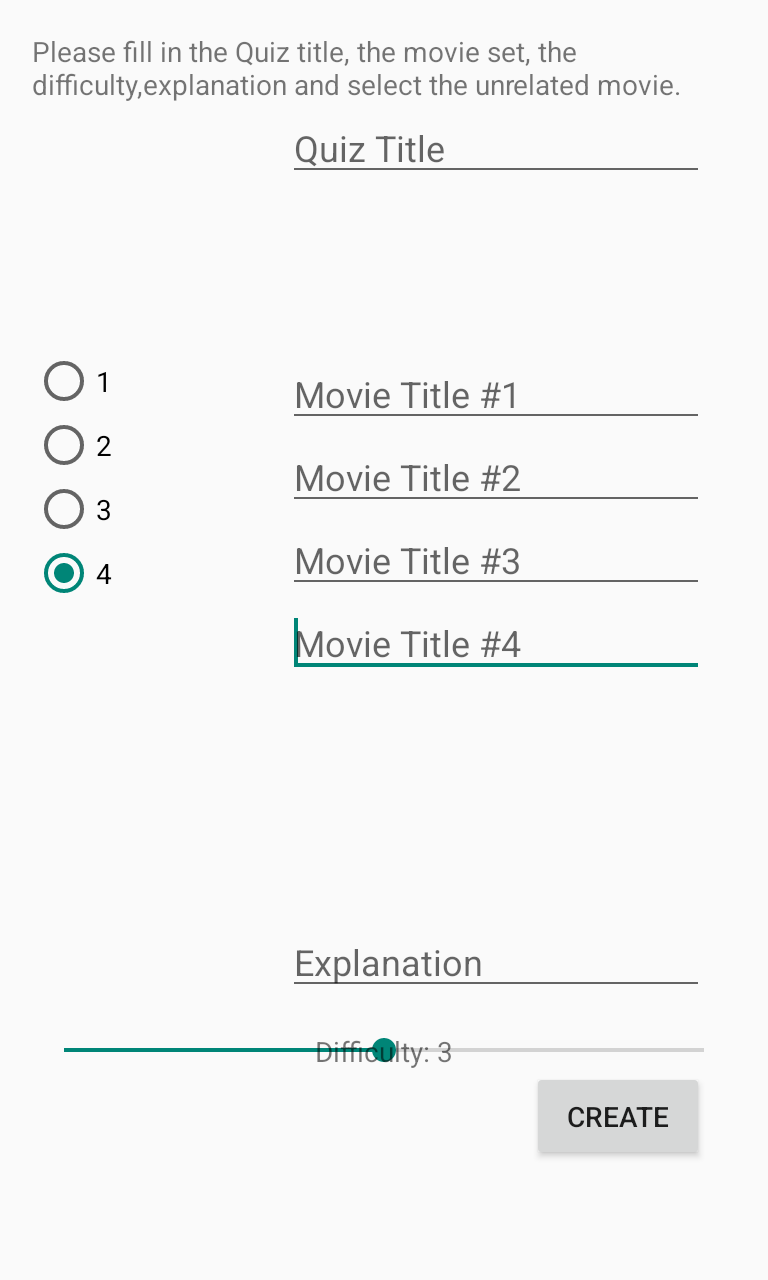
Repository: quantumlicht/android-capstone
Layout: capstone_client/res/layout/activity_create_quiz.xml
These files come from the project's save history. The layout is drawn as it stood at one moment and after the next save; the edit follows.
It is drawn on a 768 x 1280 px phone screen (xhdpi) without system bars, with theme AppTheme; the app's code is not run.

Above is the layout before, as saved 2014-11-14 04:10:22.

### capstone_client/res/layout/activity_create_quiz.xml
<RelativeLayout xmlns:android="http://schemas.android.com/apk/res/android"
    xmlns:tools="http://schemas.android.com/tools"
    android:layout_width="match_parent"
    android:layout_height="match_parent"
    android:layout_centerHorizontal="true"
    android:gravity="start"
    android:paddingBottom="@dimen/activity_vertical_margin"
    android:paddingLeft="@dimen/activity_horizontal_margin"
    android:paddingRight="@dimen/activity_horizontal_margin"
    android:paddingTop="@dimen/activity_vertical_margin"
    tools:context="guay.philippe.capstone.CreateQuizActivity" >

    <TextView
        android:id="@+id/textView1"
        android:layout_width="wrap_content"
        android:layout_height="wrap_content"
        android:text="Please fill in the Quiz title, the movie set, the difficulty,explanation and select the unrelated movie." />

    <Button
        android:id="@+id/submit_create"
        android:layout_width="wrap_content"
        android:layout_height="wrap_content"
        android:layout_alignParentBottom="true"
        android:layout_alignRight="@+id/explanation"
        android:layout_marginBottom="42dp"
        android:text="Create" />

    <EditText
        android:id="@+id/movie4"
        android:layout_width="wrap_content"
        android:layout_height="wrap_content"
        android:layout_alignLeft="@+id/movie3"
        android:layout_centerVertical="true"
        android:ems="10"
        android:hint="Movie Title #4" >

        <requestFocus />
    </EditText>

    <EditText
        android:id="@+id/movie3"
        android:layout_width="wrap_content"
        android:layout_height="wrap_content"
        android:layout_above="@+id/movie4"
        android:layout_alignLeft="@+id/movie2"
        android:ems="10"
        android:hint="Movie Title #3" />

    <EditText
        android:id="@+id/movie2"
        android:layout_width="wrap_content"
        android:layout_height="wrap_content"
        android:layout_above="@+id/movie3"
        android:layout_alignRight="@+id/textView1"
        android:layout_marginRight="15dp"
        android:ems="10"
        android:hint="Movie Title #2" />

    <EditText
        android:id="@+id/quiz_title"
        android:layout_width="wrap_content"
        android:layout_height="wrap_content"
        android:layout_alignLeft="@+id/movie1"
        android:layout_below="@+id/textView1"
        android:ems="10"
        android:hint="Quiz Title" />

    <RadioGroup
        android:id="@+id/unrelated_movie"
        android:layout_width="wrap_content"
        android:layout_height="wrap_content"
        android:layout_alignLeft="@+id/difficulty"
        android:layout_alignTop="@+id/movie1"
        android:gravity="clip_vertical"
        android:orientation="vertical" >

        <RadioButton
            android:id="@+id/radio1"
            android:layout_width="wrap_content"
            android:layout_height="wrap_content"
            android:text="1" />

        <RadioButton
            android:id="@+id/radio2"
            android:layout_width="wrap_content"
            android:layout_height="wrap_content"
            android:text="2" />

        <RadioButton
            android:id="@+id/radio3"
            android:layout_width="wrap_content"
            android:layout_height="wrap_content"
            android:checked="true"
            android:text="3" />

        <RadioButton
            android:id="@+id/radio4"
            android:layout_width="wrap_content"
            android:layout_height="wrap_content"
            android:checked="true"
            android:text="4" />
    </RadioGroup>

    <SeekBar
        android:id="@+id/difficulty"
        android:layout_width="match_parent"
        android:layout_height="wrap_content"
        android:layout_above="@+id/submit_create"
        android:layout_alignLeft="@+id/textView1"
        android:contentDescription="Difficulty"
        android:max="4"
        android:progress="2" />

    <TextView
        android:id="@+id/seekBarValue"
        android:layout_width="wrap_content"
        android:layout_height="wrap_content"
        android:layout_alignTop="@+id/difficulty"
        android:layout_centerHorizontal="true"
        android:text="Difficulty: 3" />

    <EditText
        android:id="@+id/explanation"
        android:layout_width="wrap_content"
        android:layout_height="wrap_content"
        android:layout_above="@+id/difficulty"
        android:layout_alignLeft="@+id/movie4"
        android:layout_marginBottom="16dp"
        android:ems="10"
        android:hint="Explanation" />

    <EditText
        android:id="@+id/movie1"
        android:layout_width="wrap_content"
        android:layout_height="wrap_content"
        android:layout_above="@+id/movie2"
        android:layout_alignLeft="@+id/movie2"
        android:ems="10"
        android:hint="Movie Title #1" />

</RelativeLayout>

### capstone_client/res/values/styles.xml
<resources>

    <!--
        Base application theme, dependent on API level. This theme is replaced
        by AppBaseTheme from res/values-vXX/styles.xml on newer devices.
    -->
    <style name="AppBaseTheme" parent="Theme.AppCompat.Light">
        <!--
            Theme customizations available in newer API levels can go in
            res/values-vXX/styles.xml, while customizations related to
            backward-compatibility can go here.
        -->
    </style>

    <!-- Application theme. -->
    <style name="AppTheme" parent="AppBaseTheme">
        <!-- All customizations that are NOT specific to a particular API-level can go here. -->
    </style>

    <declare-styleable name="FragmentArguments">
    	<attr name="android:label" />
	</declare-styleable>

</resources>

Loaded but not shown: capstone_client/res/values-v11/styles.xml (common file); capstone_client/res/values-v14/styles.xml (common file); capstone_client/res/values/dimens.xml (common file); capstone_client/res/values-w820dp/dimens.xml (common file)

After the next save:
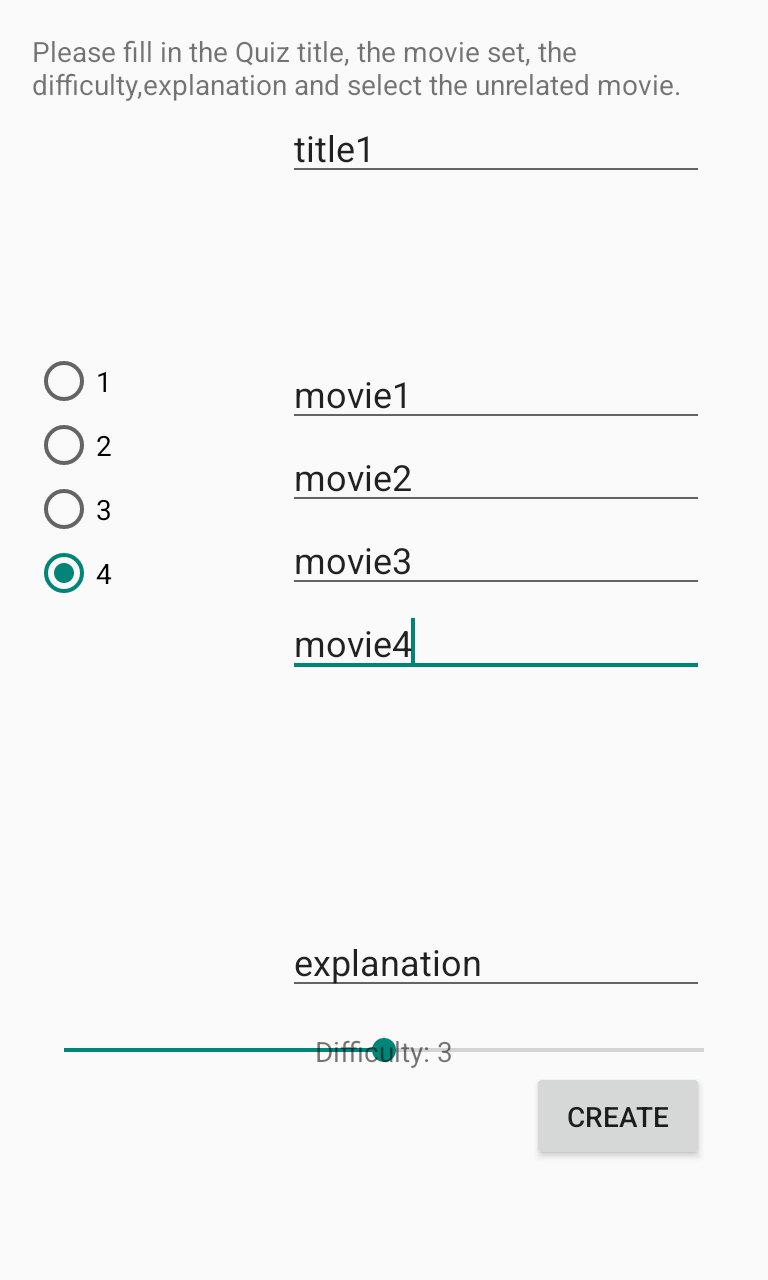
Saved 19 h 21 min later.
--- a/capstone_client/res/layout/activity_create_quiz.xml
+++ b/capstone_client/res/layout/activity_create_quiz.xml
@@ -32,7 +32,8 @@
         android:layout_alignLeft="@+id/movie3"
         android:layout_centerVertical="true"
         android:ems="10"
-        android:hint="Movie Title #4" >
+        android:hint="Movie Title #4"
+        android:text="movie4" >
 
         <requestFocus />
     </EditText>
@@ -44,7 +45,8 @@
         android:layout_above="@+id/movie4"
         android:layout_alignLeft="@+id/movie2"
         android:ems="10"
-        android:hint="Movie Title #3" />
+        android:hint="Movie Title #3"
+        android:text="movie3" />
 
     <EditText
         android:id="@+id/movie2"
@@ -54,7 +56,8 @@
         android:layout_alignRight="@+id/textView1"
         android:layout_marginRight="15dp"
         android:ems="10"
-        android:hint="Movie Title #2" />
+        android:hint="Movie Title #2"
+        android:text="movie2" />
 
     <EditText
         android:id="@+id/quiz_title"
@@ -63,7 +66,8 @@
         android:layout_alignLeft="@+id/movie1"
         android:layout_below="@+id/textView1"
         android:ems="10"
-        android:hint="Quiz Title" />
+        android:hint="Quiz Title"
+        android:text="title1" />
 
     <RadioGroup
         android:id="@+id/unrelated_movie"
@@ -127,7 +131,8 @@
         android:layout_alignLeft="@+id/movie4"
         android:layout_marginBottom="16dp"
         android:ems="10"
-        android:hint="Explanation" />
+        android:hint="Explanation"
+        android:text="explanation" />
 
     <EditText
         android:id="@+id/movie1"
@@ -136,6 +141,7 @@
         android:layout_above="@+id/movie2"
         android:layout_alignLeft="@+id/movie2"
         android:ems="10"
-        android:hint="Movie Title #1" />
+        android:hint="Movie Title #1"
+        android:text="movie1" />
 
 </RelativeLayout>
